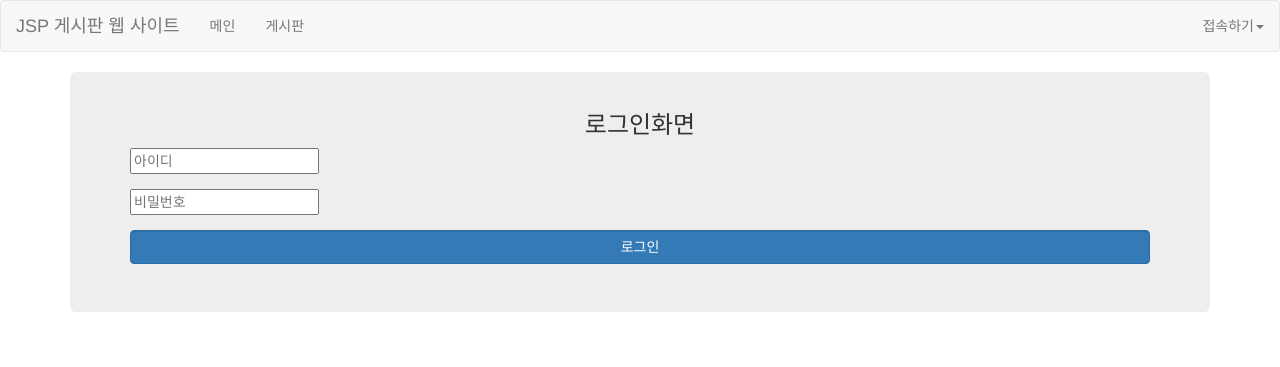
Repository: tykwon97/JSP
Page: http://localhost/BBS/bbs.jsp
The author's editor kept a copy of each file at every save. The page is drawn from the files as they stood at one save, then again after the next save.
The browser window is 1280 px wide. The pictures show the whole page.
Some web libraries are served in a nearby version. The page is served by Tomcat 9.

Above is the page before, as saved 2021-01-28 07:08:54.

After the next save:
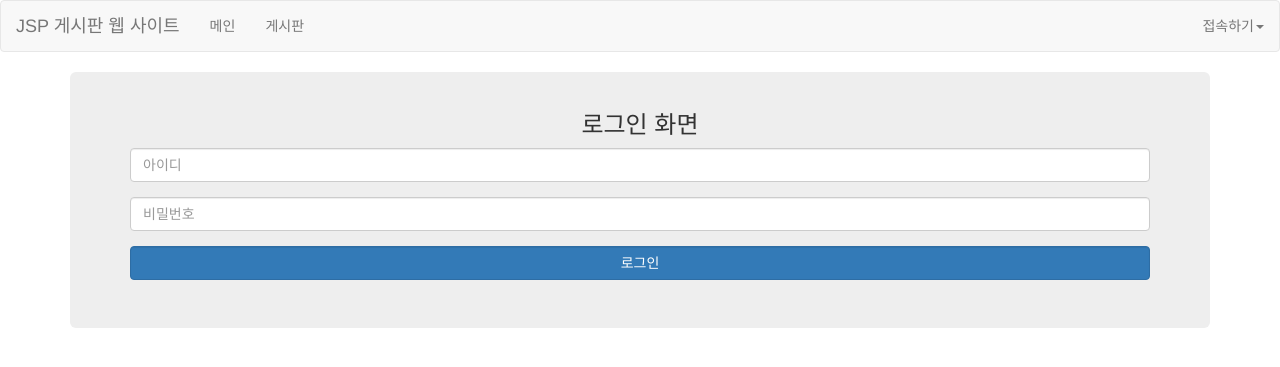
Saved 5 s later.
--- a/projects/BBS/WebContent/bbs.jsp
+++ b/projects/BBS/WebContent/bbs.jsp
@@ -44,12 +44,12 @@
 		<div class ="col-lg-4"></div>
 			<div class="jumbotron" style="padding-top : 20px;">
 				<form method="post" action="loginAction.jsp">
-					<h3 style = "text-align : center;">로그인화면</h3>
+					<h3 style = "text-align : center;">로그인 화면</h3>
 					<div class ="form-group">
-						<input type="text" calss="form-control" placeholder="아이디" name = "userID" maxlength="20">
+						<input type="text" class="form-control" placeholder="아이디" name = "userID" maxlength="20">
 					</div>
 					<div class ="form-group">
-						<input type="password" calss="form-control" placeholder="비밀번호" name = "userPassword" maxlength="20">
+						<input type="password" class="form-control" placeholder="비밀번호" name = "userPassword" maxlength="20">
 					</div>
 					<input type="submit" class="btn btn-primary form-control" value="로그인">
 				</form>
